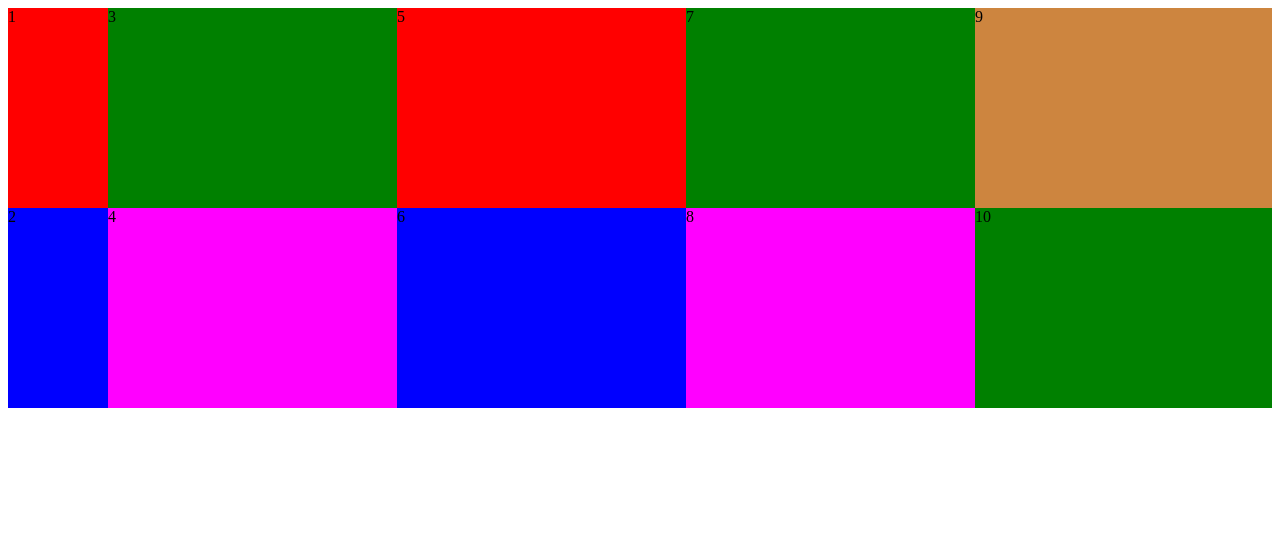
Repository: DinkarRavi/Dinkar_Coding
Page: 22aug24/grid.html
The author's editor kept a copy of each file at every save. The page is drawn from the files as they stood at one save, then again after the next save.
The browser window is 1280 px wide. The pictures show the whole page.

Above is the page before, as saved 2024-08-22 15:09:11.

After the next save:
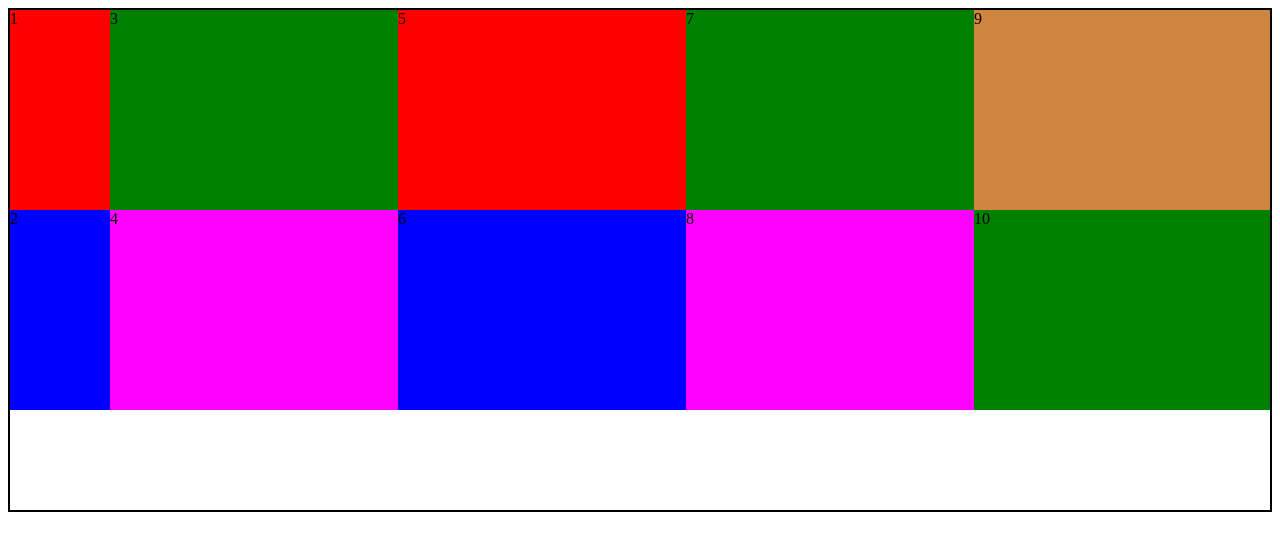
Saved 7 s later.
--- a/22aug24/grid.css
+++ b/22aug24/grid.css
@@ -1,7 +1,7 @@
 
 
 #parent{
-border: 2px;
+border: 2px solid ;
 
 height: 500px;
 display: grid;
